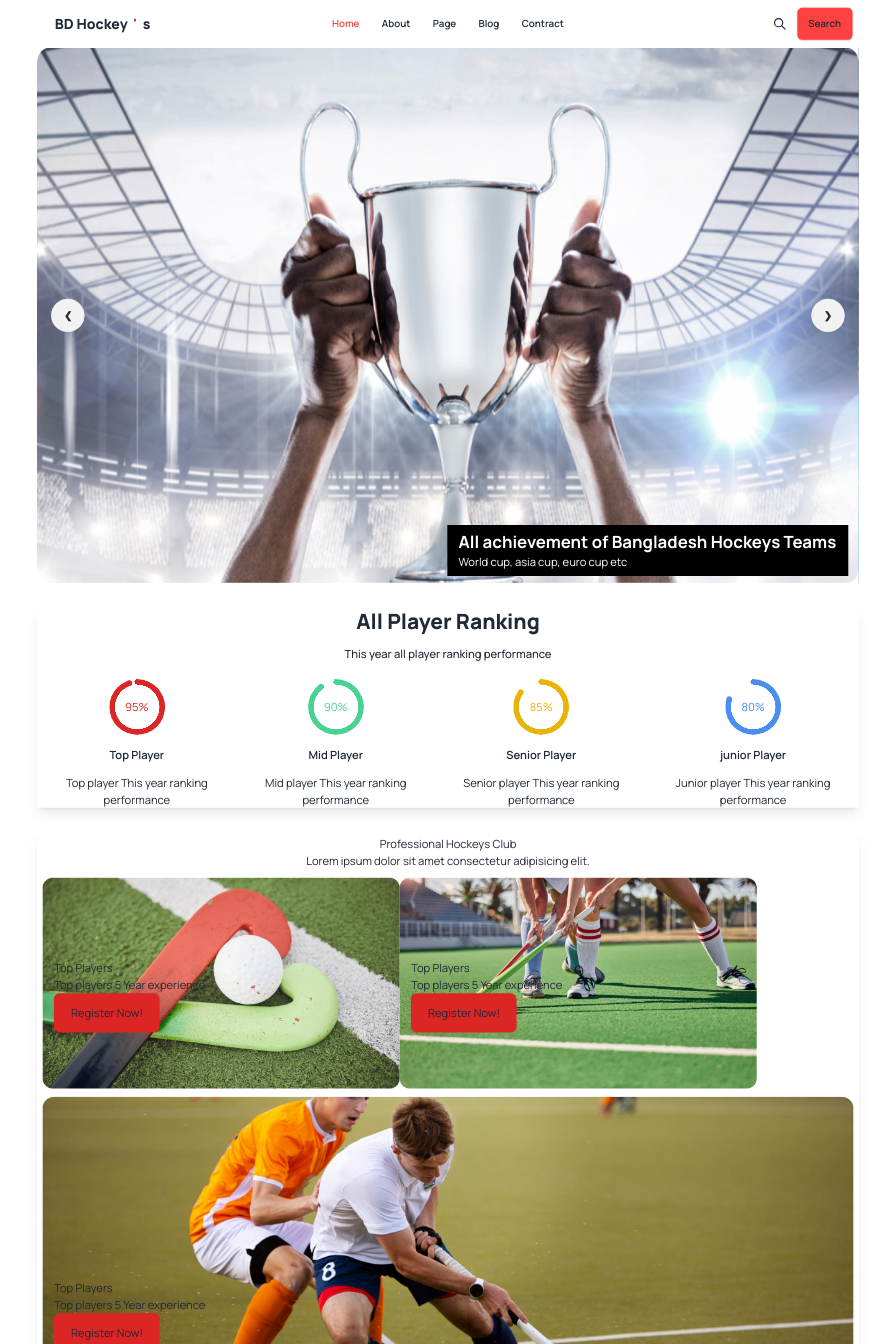
Repository: sumonkumarsarkar/bd-hockeys-team
Page: index.html
The author's editor kept a copy of each file at every save. The page is drawn from the files as they stood at one save, then again after the next save.
The browser window is 1280 px wide. The pictures show the part of the page from y = 0 to 1920 px (the page is 4380 px tall), at 70% of full size.
Some web libraries are served in a nearby version.

Above is the page before, as saved 2024-01-24 19:17:52.

After the next save:
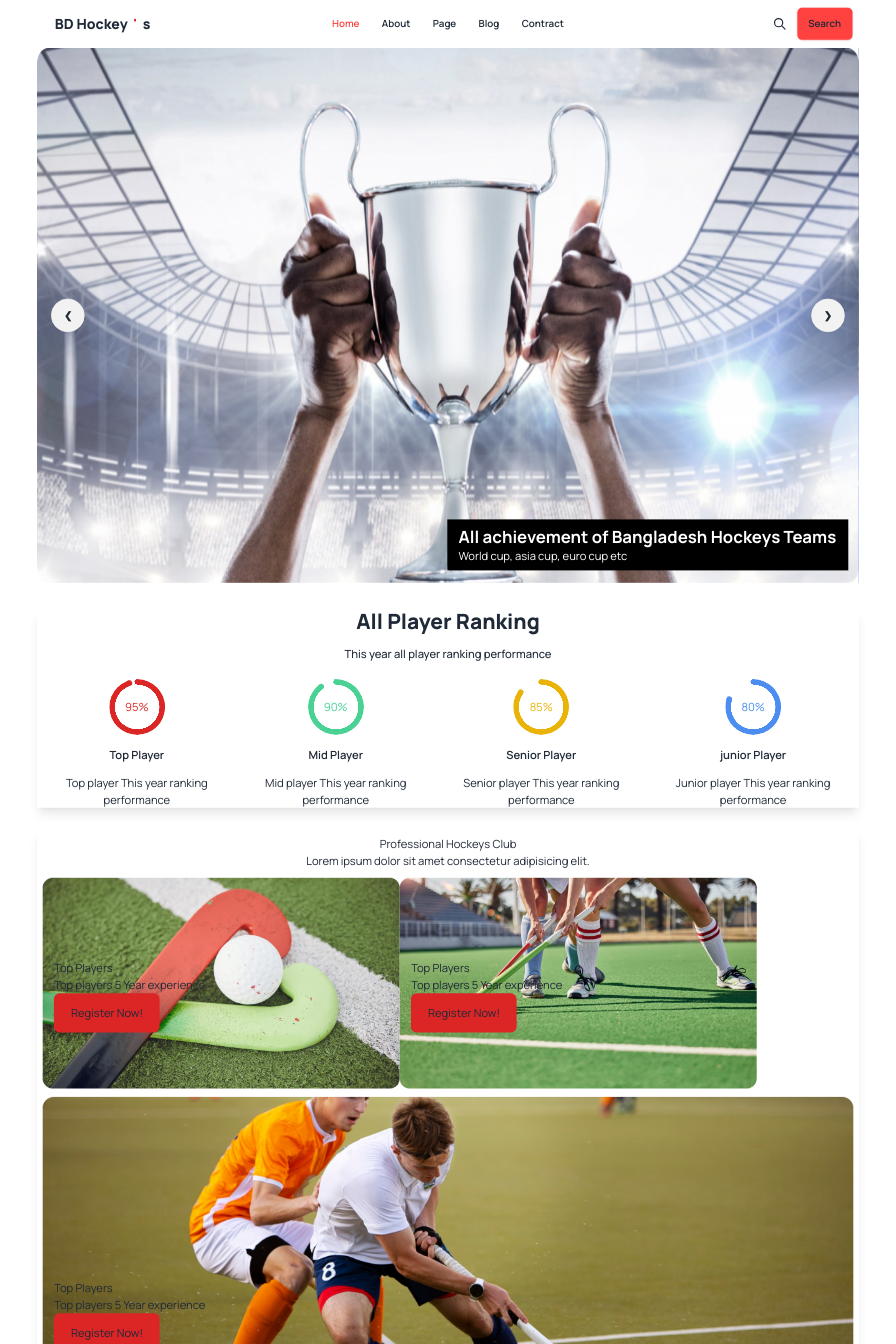
Saved 17 s later.
--- a/index.html
+++ b/index.html
@@ -93,7 +93,7 @@
             </div>
           </div>
     </div>
-    <div class="lg:absolute bottom-4 right-4">
+    <div class="lg:absolute bottom-6 right-4">
         <div class="px-4 py-2 bg-black text-white">
             <h2 class="font-bold text-2xl">All achievement of Bangladesh Hockeys Teams</h2>
              <p>World cup, asia cup, euro cup etc</p>
